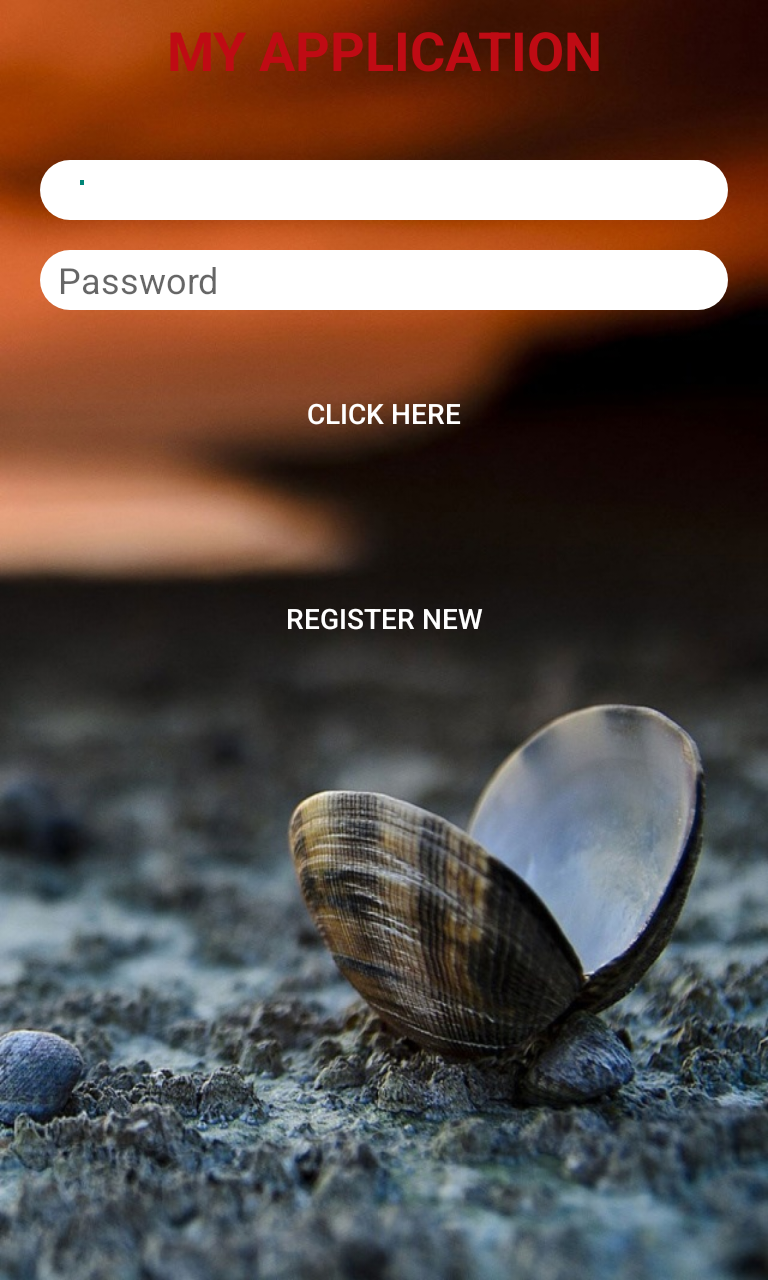
Repository: adarshnair13/message
Layout: myproject/res/layout/adarsh.xml
The author's editor kept a copy of each file at every save. The layout is drawn from the files as they stood at one save, then again after the next save.
It is drawn on a 768 x 1280 px phone screen (xhdpi) without system bars, with theme AppTheme; the app's code is not run.

Above is the layout before, as saved 2015-04-17 07:15:41.

### myproject/res/layout/adarsh.xml
<?xml version="1.0" encoding="utf-8"?>
<LinearLayout xmlns:android="http://schemas.android.com/apk/res/android"
    android:layout_width="match_parent"
    android:layout_height="match_parent"
    android:background="@drawable/shells"
    android:orientation="vertical" >

    <TextView
        android:id="@+id/textView1"
        android:layout_width="match_parent"
        android:layout_height="50dp"
        android:gravity="center"
        android:text="MY APPLICATION"
        android:textColor="#BF0B14"
        android:textSize="27dp"
        android:textStyle="bold" />

    <EditText
        android:id="@+id/editText1"
        android:layout_width="match_parent"
        android:layout_height="30dp"
        android:layout_marginLeft="20dp"
        android:layout_marginRight="20dp"
        android:layout_marginTop="30dp"
        android:background="@drawable/curve"
        android:padding="20dp"
        android:ems="10"
        android:hint="Email"
        android:inputType="textEmailAddress" >

        <requestFocus />
    </EditText>

    <EditText
        android:id="@+id/editText2"
        android:layout_width="match_parent"
        android:layout_height="30dp"
        android:layout_marginLeft="20dp"
        android:layout_marginRight="20dp"
        android:layout_marginTop="15dp"
        android:background="@drawable/curve"
        android:ems="10"
        android:hint="  Password"
        android:inputType="textPassword" />

    <Button
        android:id="@+id/button1"
        style="?android:attr/buttonStyleSmall"
        android:layout_width="match_parent"
        android:layout_height="33dp"
        android:layout_margin="35dp"
        android:background="#00404040"
        android:onClick="ClickButton"
        android:text="Click Here"
        android:textColor="#ffffff" />

    <Button
        android:id="@+id/button2"
        style="?android:attr/buttonStyleSmall"
        android:layout_width="match_parent"
        android:layout_height="32dp"
        android:layout_margin="35dp"
        android:background="#00ffffff"
        android:onClick="PressButton"
        android:text="Register New"
        android:textColor="#ffffff" />

</LinearLayout>

### myproject/res/drawable/curve.xml
<?xml version="1.0" encoding="utf-8"?>
<shape xmlns:android="http://schemas.android.com/apk/res/android" >

    <solid android:color="#ffffff" />

    <corners android:radius="25dp" />

</shape>

Loaded but not shown: myproject/res/values/styles.xml (common file); myproject/res/values-v11/styles.xml (common file); myproject/res/values-v14/styles.xml (common file)

After the next save:
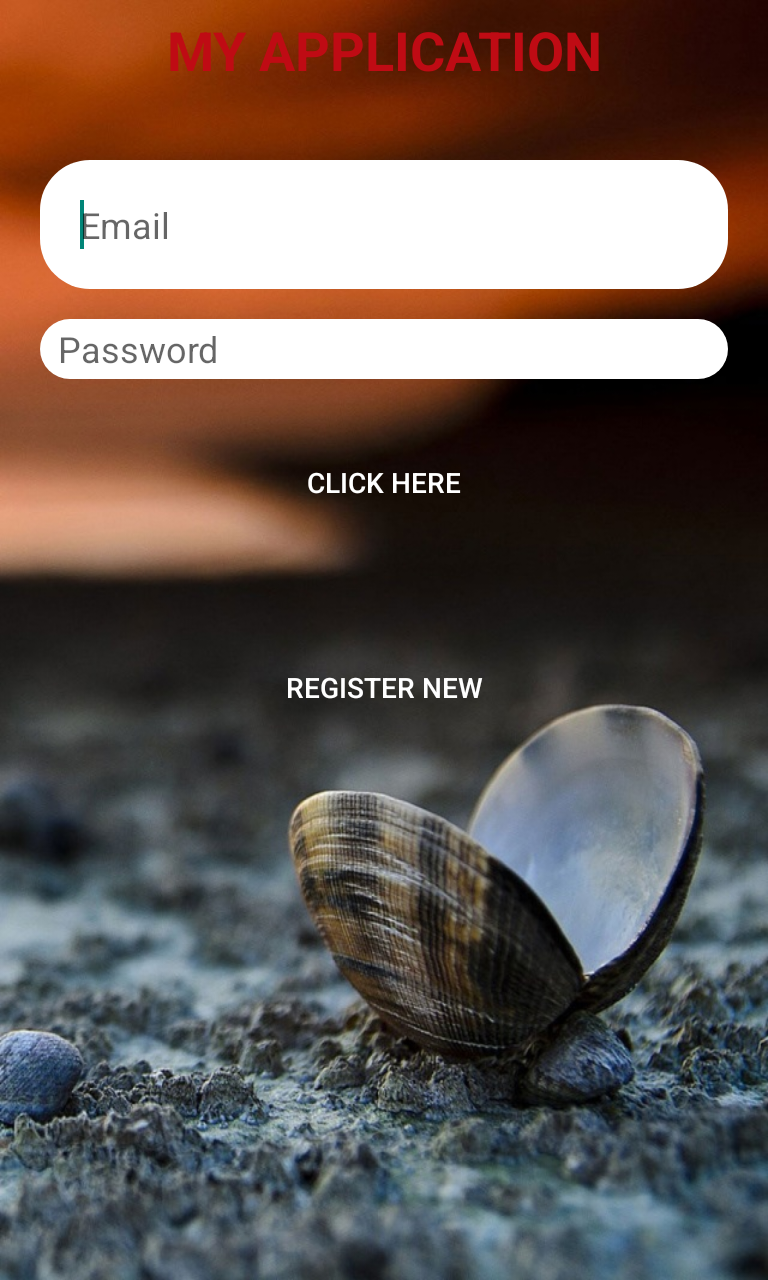
Saved 27 s later.
--- a/myproject/res/layout/adarsh.xml
+++ b/myproject/res/layout/adarsh.xml
@@ -18,7 +18,7 @@
     <EditText
         android:id="@+id/editText1"
         android:layout_width="match_parent"
-        android:layout_height="30dp"
+        android:layout_height="wrap_content"
         android:layout_marginLeft="20dp"
         android:layout_marginRight="20dp"
         android:layout_marginTop="30dp"
